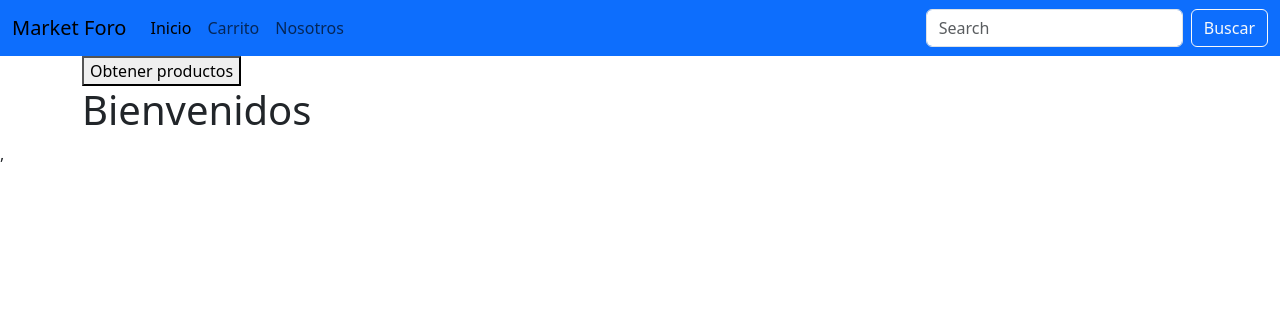
Repository: ikabeee/shopping-car
Page: /
The author's editor kept a copy of each file at every save. The page is drawn from the files as they stood at one save, then again after a run of saves.
The browser window is 1280 px wide. The pictures show the whole page.
Pictures or frames that could not be fetched are drawn as grey boxes. The page's requests for data from a server got no answer. The project was rebuilt for these pictures with package versions that can differ from the ones it lists, and the page was loaded fresh each time. No one was signed in, and anything a server would have sent is missing. Also part of the build but not shown: vite.config.ts, src/pages/Cart.tsx, src/pages/About.tsx.

Above is the page before, as saved 2024-10-18 14:46:15.

After the next 5 saves:
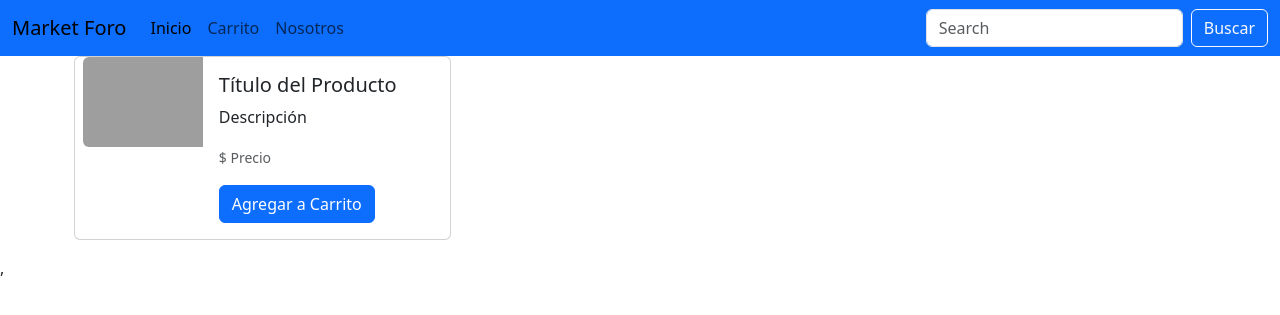
The 5 saves are shown as one change because they came seconds apart.
The last was saved 74 s later.
--- a/src/pages/Home.tsx
+++ b/src/pages/Home.tsx
@@ -1,23 +1,22 @@
 import { useEffect, useState } from "react"
 
-const Home = () =>{
+const Home = () => {
     const [data, setData] = useState([])
-    const getProducts = async ()=>{
+    const getProducts = async () => {
         const response = await fetch('https://fakestoreapi.com/products/')
         const json = await response.json()
         setData(json);
     }
-    useEffect(()=>{
+    useEffect(() => {
         getProducts();
         console.log(data)
     }, [])
-    return(
+    return (
         <>
-        <div className="container">
-            <button onClick={getProducts}>Obtener productos</button>
-
-            <h1>Bienvenidos</h1>
-        </div>
+            <div className="container">
+                <div className="row row-cols-1 row-cols-sm-2 row-cols-md-3 g-3">
+                    <div class="card mb-3" style={{ 'max-width': '540px;' }}>
+                    <div className="row g-0"> <div className="col-md-4"> <img src="..." className="img-fluid rounded-start" alt="..." /> </div> <div className="col-md-8"> <div className="card-body"> <h5 className="card-title">Título del Producto</h5> <p className="card-text">Descripción</p> <p className="card-text"><small className="text-body-secondary">$ Precio</small></p> <button className="btn btn-primary">Agregar a Carrito</button> </div> </div> </div> </div> </div> </div>
         </>
     )
 }
